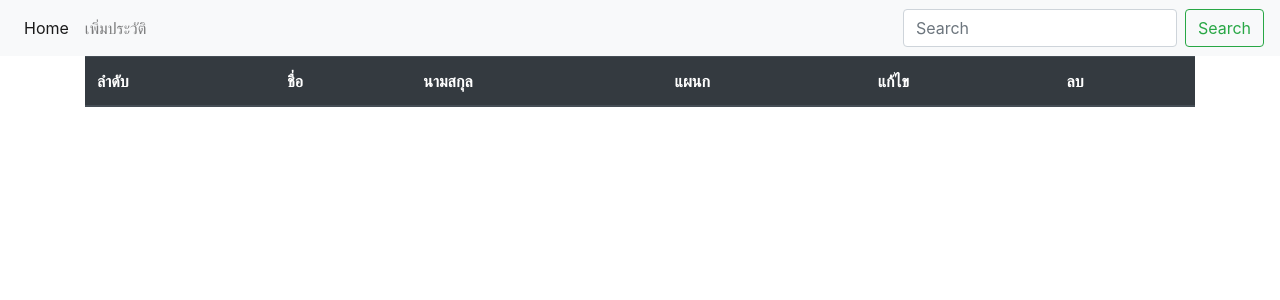
Repository: p2job/javawebapp
Page: http://localhost/demojsp/
An editor plug-in stored every save of this project. The page is shown before and after the next save, followed by the edit.
The browser window is 1280 px wide. The pictures show the whole page.
The page is served by Tomcat 9. Queries for data that is not in the repository find no rows.

Above is the page before, as saved 2020-07-31 09:00:31.

### demojsp/WebContent/index.jsp
  <%@page contentType="text/html" pageEncoding="UTF-8"%>
  <%@ page import="java.sql.*"  %>
<!DOCTYPE html>
<html>
<head>
<meta http-equiv="Content-Type" content="text/html; charset=UTF-8">
<meta name="viewport" content="width=device-width, initial-scale=1, shrink-to-fit=no">
<link rel="stylesheet" href="https://stackpath.bootstrapcdn.com/bootstrap/4.5.0/css/bootstrap.min.css" integrity="sha384-9aIt2nRpC12Uk9gS9baDl411NQApFmC26EwAOH8WgZl5MYYxFfc+NcPb1dKGj7Sk" crossorigin="anonymous">
<title>Insert title here</title>
</head>
<body>
	<nav class="navbar navbar-expand-lg navbar-light bg-light">
  <button class="navbar-toggler" type="button" data-toggle="collapse" data-target="#navbarTogglerDemo01" aria-controls="navbarTogglerDemo01" aria-expanded="false" aria-label="Toggle navigation">
    <span class="navbar-toggler-icon"></span>
  </button>
  <div class="collapse navbar-collapse" id="navbarTogglerDemo01">
    <ul class="navbar-nav mr-auto mt-2 mt-lg-0">
      <li class="nav-item active">
        <a class="nav-link" href="index.jsp">Home <span class="sr-only">(current)</span></a>
      </li>
      <li class="nav-item">
        <a class="nav-link" href="insert.jsp">เพิ่มประวัติ</a>
      </li>
    </ul>
    <form class="form-inline my-2 my-lg-0">
      <input class="form-control mr-sm-2" type="search" placeholder="Search" aria-label="Search">
      <button class="btn btn-outline-success my-2 my-sm-0" type="submit">Search</button>
    </form>
  </div>
</nav>
<div class="container">

<table class="table">
  <thead class="thead-dark">
  <%
                Connection connect = null;
            	ResultSet rec = null;
            	Statement s= null;
	try {
		Class.forName("com.mysql.jdbc.Driver");
		connect =  DriverManager.getConnection("jdbc:mysql://localhost/employee" +
				"?user=root&password=");
		s = connect.createStatement();
		String sql="SELECT * FROM employee";
		rec=s.executeQuery(sql);


	} catch (Exception e) {
		// TODO Auto-generated catch block
		out.println(e.getMessage());
		e.printStackTrace();
	}

	%>
    <tr>
      <th scope="col">ลำดับ</th>
      <th scope="col">ชื่อ</th>
      <th scope="col">นามสกุล</th>
      <th scope="col">แผนก</th>
      <th scope="col">แก้ไข</th>
      <th scope="col">ลบ</th>
    </tr>
  </thead>
  <tbody>
  <% while((rec!=null)&&(rec.next())) {%>
    <tr>
      <th scope="row"><%= rec.getString("ID") %></th>
      <td><%= rec.getString("Name_Prefix") %><%= rec.getString("First_Name") %></td>
      <td><%= rec.getString("Last_Name") %></td>
      <td><%= rec.getString("Department_ID") %></td>
    </tr>
    <% } %>
  </tbody>
</table>
</div>
	<script src="https://code.jquery.com/jquery-3.5.1.slim.min.js" integrity="sha384-DfXdz2htPH0lsSSs5nCTpuj/zy4C+OGpamoFVy38MVBnE+IbbVYUew+OrCXaRkfj" crossorigin="anonymous"></script>
    <script src="https://cdn.jsdelivr.net/npm/popper.js@1.16.0/dist/umd/popper.min.js" integrity="sha384-Q6E9RHvbIyZFJoft+2mJbHaEWldlvI9IOYy5n3zV9zzTtmI3UksdQRVvoxMfooAo" crossorigin="anonymous"></script>
    <script src="https://stackpath.bootstrapcdn.com/bootstrap/4.5.0/js/bootstrap.min.js" integrity="sha384-OgVRvuATP1z7JjHLkuOU7Xw704+h835Lr+6QL9UvYjZE3Ipu6Tp75j7Bh/kR0JKI" crossorigin="anonymous"></script>
</body>
</html>

After the next save:
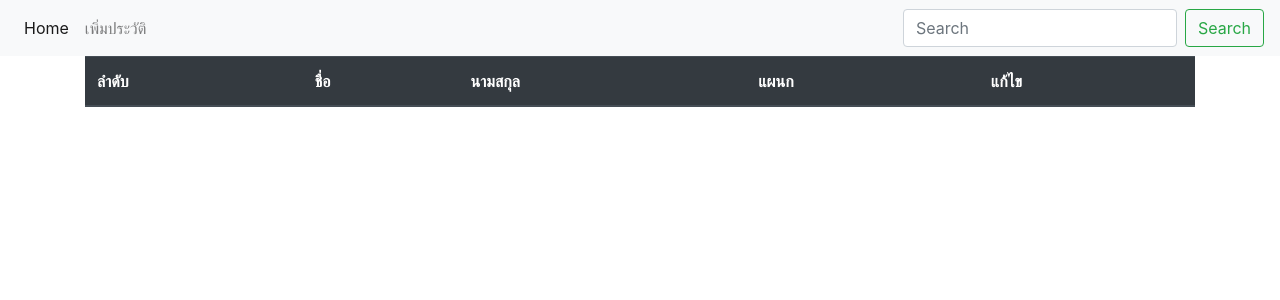
Saved 2 min 48 s later.
--- a/demojsp/WebContent/index.jsp
+++ b/demojsp/WebContent/index.jsp
@@ -58,7 +58,6 @@
       <th scope="col">นามสกุล</th>
       <th scope="col">แผนก</th>
       <th scope="col">แก้ไข</th>
-      <th scope="col">ลบ</th>
     </tr>
   </thead>
   <tbody>
